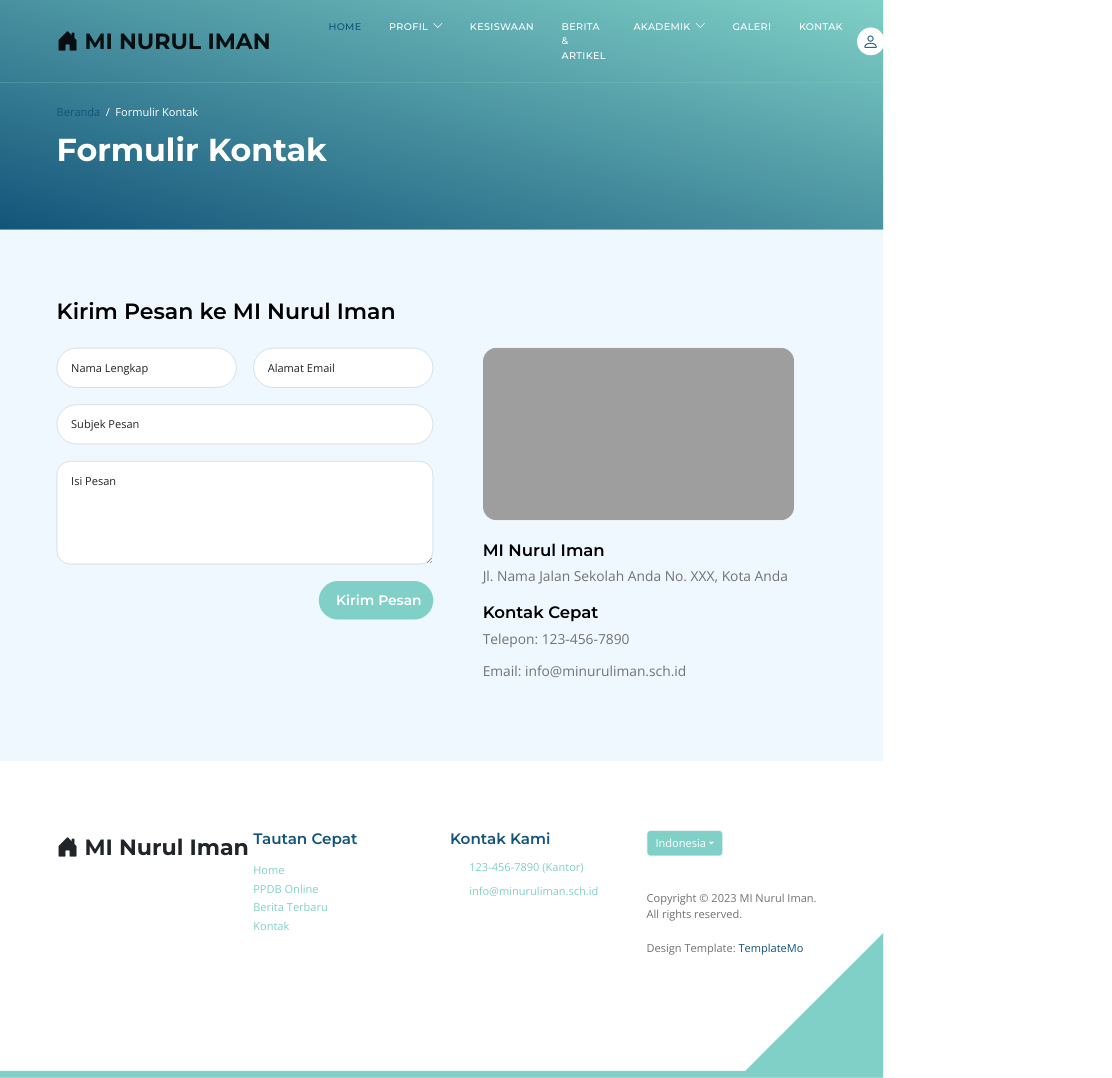
Repository: MKennyChaniago/sekolah-mi-nurul-iman
Page: http://localhost/kontak
These files come from the project's save history. The page is drawn as it stood at one moment and after the next save; the edit follows.
The browser window is 1280 px wide. The page is 1282 px wide, then 1612 px, then 1282 px, so the pictures cover 1612 px, including what lies to the right of the window. The pictures show the whole page, at 69% of full size.
Pictures or frames that could not be fetched are drawn as grey boxes. The page is served by the project's Laravel application, run on PHP 8.4 with Laravel 12.

Above is the page before, as saved 2025-11-24 08:29:08.
Console error: TypeError: Cannot read properties of undefined (reading 'top')

After the next save:
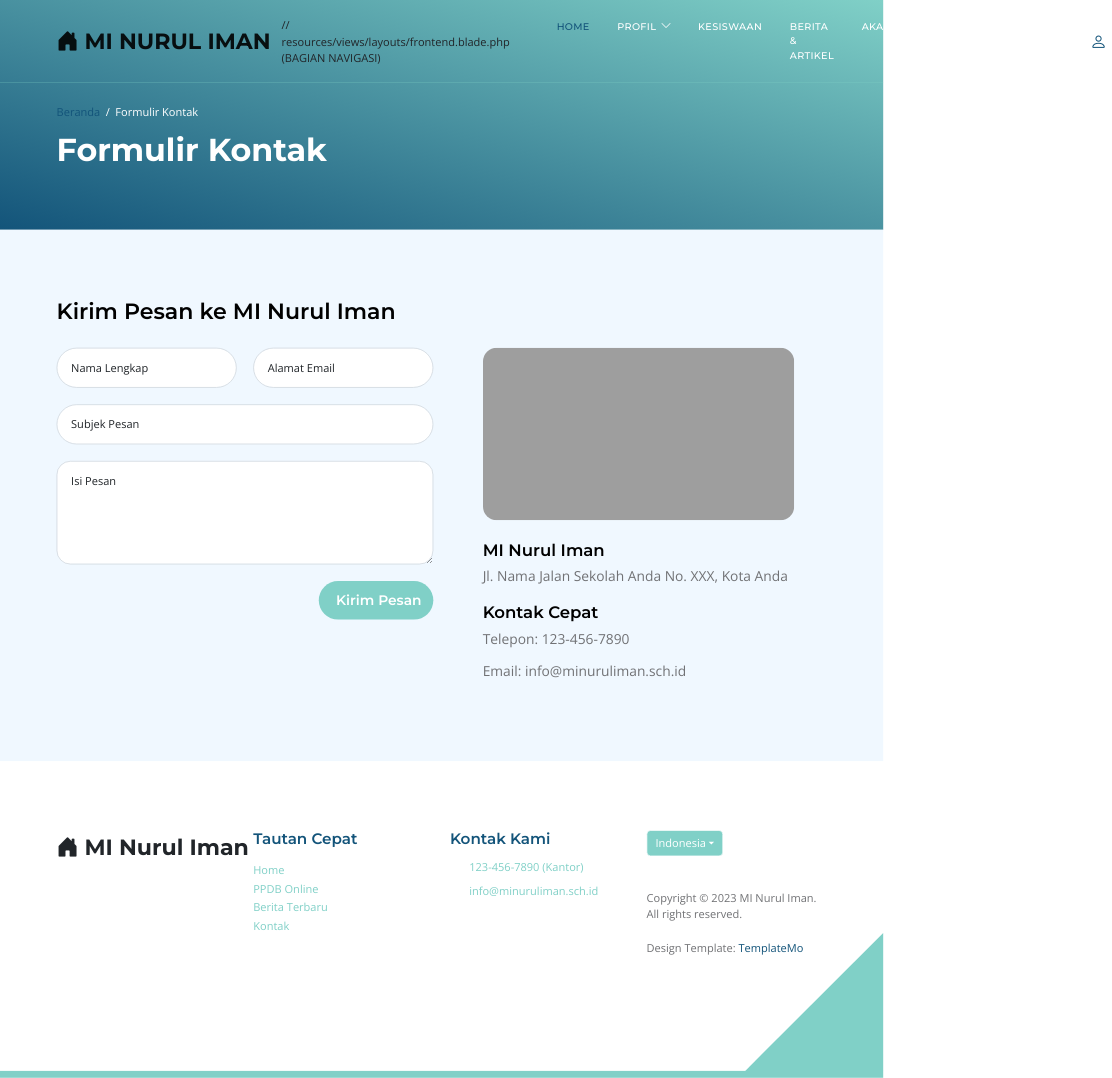
Saved 80 s later.
--- a/resources/views/layouts/frontend.blade.php
+++ b/resources/views/layouts/frontend.blade.php
@@ -40,53 +40,55 @@
                         <span class="navbar-toggler-icon"></span>
                     </button>
 
-                    <div class="collapse navbar-collapse" id="navbarNav">
-                        <ul class="navbar-nav ms-lg-5 me-lg-auto">
+                    // resources/views/layouts/frontend.blade.php (BAGIAN NAVIGASI)
 
-                            <li class="nav-item">
-                                <a class="nav-link click-scroll" href="{{ route('home') }}">HOME</a>
-                            </li>
+<div class="collapse navbar-collapse" id="navbarNav">
+    <ul class="navbar-nav ms-lg-5 me-lg-auto">
 
-                            <li class="nav-item dropdown">
-                                <a class="nav-link dropdown-toggle" href="#" id="profilDropdown" role="button" data-bs-toggle="dropdown" aria-expanded="false">PROFIL</a>
-                                <ul class="dropdown-menu dropdown-menu-light" aria-labelledby="profilDropdown">
-                                    <li><a class="dropdown-item" href="#">Sejarah Madrasah</a></li>
-                                    <li><a class="dropdown-item" href="#">Visi & Misi</a></li>
-                                    <li><a class="dropdown-item" href="#">Struktur Organisasi</a></li>
-                                </ul>
-                            </li>
+        <li class="nav-item">
+            <a class="nav-link click-scroll" href="{{ route('home') }}">HOME</a>
+        </li>
 
-                            <li class="nav-item">
-                                <a class="nav-link click-scroll" href="#">KESISWAAN</a>
-                            </li>
+        <li class="nav-item dropdown">
+            <a class="nav-link dropdown-toggle" href="#" id="profilDropdown" role="button" data-bs-toggle="dropdown" aria-expanded="false">PROFIL</a>
+            <ul class="dropdown-menu dropdown-menu-light" aria-labelledby="profilDropdown">
+                <li><a class="dropdown-item" href="{{ route('profil.sejarah') }}">Sejarah Madrasah</a></li>
+                <li><a class="dropdown-item" href="{{ route('profil.visi_misi') }}">Visi & Misi</a></li>
+                <li><a class="dropdown-item" href="{{ route('profil.struktur') }}">Struktur Organisasi</a></li>
+            </ul>
+        </li>
 
-                            <li class="nav-item">
-                                <a class="nav-link click-scroll" href="#berita-artikel">BERITA & ARTIKEL</a>
-                            </li>
+        <li class="nav-item">
+            <a class="nav-link click-scroll" href="{{ route('kesiswaan') }}">KESISWAAN</a>
+        </li>
 
-                            <li class="nav-item dropdown">
-                                <a class="nav-link dropdown-toggle" href="#" id="akademikDropdown" role="button" data-bs-toggle="dropdown" aria-expanded="false">AKADEMIK</a>
-                                <ul class="dropdown-menu dropdown-menu-light" aria-labelledby="akademikDropdown">
-                                    <li><a class="dropdown-item" href="#">Kurikulum</a></li>
-                                    <li><a class="dropdown-item" href="#">Guru & Staff</a></li>
-                                    <li><a class="dropdown-item" href="#">Produk Hukum</a></li>
-                                </ul>
-                            </li>
+        <li class="nav-item">
+            <a class="nav-link click-scroll" href="{{ route('berita.listing') }}">BERITA & ARTIKEL</a>
+        </li>
 
-                            <li class="nav-item">
-                                <a class="nav-link click-scroll" href="#galeri">GALERI</a>
-                            </li>
+        <li class="nav-item dropdown">
+            <a class="nav-link dropdown-toggle" href="#" id="akademikDropdown" role="button" data-bs-toggle="dropdown" aria-expanded="false">AKADEMIK</a>
+            <ul class="dropdown-menu dropdown-menu-light" aria-labelledby="akademikDropdown">
+                <li><a class="dropdown-item" href="{{ route('akademik.kurikulum') }}">Kurikulum</a></li>
+                <li><a class="dropdown-item" href="{{ route('akademik.guru_staff') }}">Guru & Staff</a></li>
+                <li><a class="dropdown-item" href="{{ route('akademik.produk_hukum') }}">Produk Hukum</a></li>
+            </ul>
+        </li>
 
-                            <li class="nav-item">
-                                <a class="nav-link click-scroll" href="#contact-section">KONTAK</a>
-                            </li>
+        <li class="nav-item">
+            <a class="nav-link click-scroll" href="{{ route('galeri') }}">GALERI</a>
+        </li>
 
-                        </ul>
+        <li class="nav-item">
+            <a class="nav-link click-scroll" href="{{ route('kontak') }}">KONTAK</a>
+        </li>
 
-                        <div class="d-none d-lg-block">
-                            <a href="{{ route('admin.login') }}" class="navbar-icon bi-person smoothscroll" title="Login Admin"></a>
-                        </div>
-                    </div>
+    </ul>
+
+    <div class="d-none d-lg-block">
+        <a href="{{ route('admin.login') }}" class="navbar-icon bi-person smoothscroll" title="Login Admin"></a>
+    </div>
+</div>
                 </div>
             </nav>
             @yield('content')

After the 6 saves that followed:
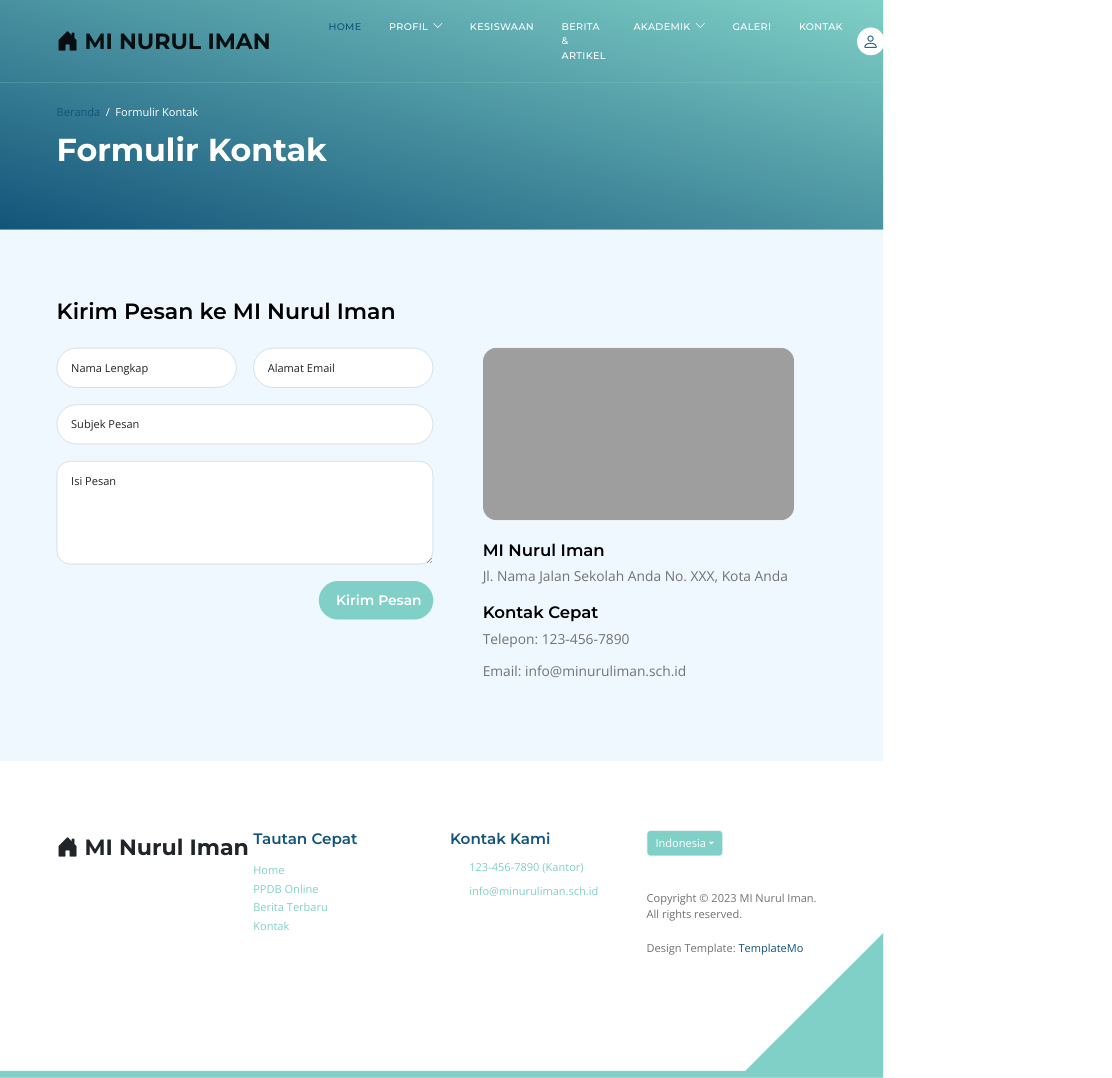
The 6 saves are shown as one change because 2 left the picture as it was and some came seconds apart.
The last was saved 75 s later.
--- a/resources/views/layouts/frontend.blade.php
+++ b/resources/views/layouts/frontend.blade.php
@@ -40,55 +40,53 @@
                         <span class="navbar-toggler-icon"></span>
                     </button>
 
-                    // resources/views/layouts/frontend.blade.php (BAGIAN NAVIGASI)
+                    <div class="collapse navbar-collapse" id="navbarNav">
+                        <ul class="navbar-nav ms-lg-5 me-lg-auto">
 
-<div class="collapse navbar-collapse" id="navbarNav">
-    <ul class="navbar-nav ms-lg-5 me-lg-auto">
+                            <li class="nav-item">
+                                <a class="nav-link click-scroll" href="{{ route('home') }}">HOME</a>
+                            </li>
 
-        <li class="nav-item">
-            <a class="nav-link click-scroll" href="{{ route('home') }}">HOME</a>
-        </li>
+                            <li class="nav-item dropdown">
+                                <a class="nav-link dropdown-toggle" href="#" id="profilDropdown" role="button" data-bs-toggle="dropdown" aria-expanded="false">PROFIL</a>
+                                <ul class="dropdown-menu dropdown-menu-light" aria-labelledby="profilDropdown">
+                                    <li><a class="dropdown-item" href="{{ route('profil.sejarah') }}">Sejarah Madrasah</a></li>
+                                    <li><a class="dropdown-item" href="{{ route('profil.visi_misi') }}">Visi & Misi</a></li>
+                                    <li><a class="dropdown-item" href="{{ route('profil.struktur') }}">Struktur Organisasi</a></li>
+                                </ul>
+                            </li>
 
-        <li class="nav-item dropdown">
-            <a class="nav-link dropdown-toggle" href="#" id="profilDropdown" role="button" data-bs-toggle="dropdown" aria-expanded="false">PROFIL</a>
-            <ul class="dropdown-menu dropdown-menu-light" aria-labelledby="profilDropdown">
-                <li><a class="dropdown-item" href="{{ route('profil.sejarah') }}">Sejarah Madrasah</a></li>
-                <li><a class="dropdown-item" href="{{ route('profil.visi_misi') }}">Visi & Misi</a></li>
-                <li><a class="dropdown-item" href="{{ route('profil.struktur') }}">Struktur Organisasi</a></li>
-            </ul>
-        </li>
+                            <li class="nav-item">
+                                <a class="nav-link click-scroll" href="{{ route('kesiswaan') }}">KESISWAAN</a>
+                            </li>
 
-        <li class="nav-item">
-            <a class="nav-link click-scroll" href="{{ route('kesiswaan') }}">KESISWAAN</a>
-        </li>
+                            <li class="nav-item">
+                                <a class="nav-link click-scroll" href="{{ route('berita.listing') }}">BERITA & ARTIKEL</a>
+                            </li>
 
-        <li class="nav-item">
-            <a class="nav-link click-scroll" href="{{ route('berita.listing') }}">BERITA & ARTIKEL</a>
-        </li>
+                            <li class="nav-item dropdown">
+                                <a class="nav-link dropdown-toggle" href="#" id="akademikDropdown" role="button" data-bs-toggle="dropdown" aria-expanded="false">AKADEMIK</a>
+                                <ul class="dropdown-menu dropdown-menu-light" aria-labelledby="akademikDropdown">
+                                    <li><a class="dropdown-item" href="{{ route('akademik.kurikulum') }}">Kurikulum</a></li>
+                                    <li><a class="dropdown-item" href="{{ route('akademik.guru_staff') }}">Guru & Staff</a></li>
+                                    <li><a class="dropdown-item" href="{{ route('akademik.produk_hukum') }}">Produk Hukum</a></li>
+                                </ul>
+                            </li>
 
-        <li class="nav-item dropdown">
-            <a class="nav-link dropdown-toggle" href="#" id="akademikDropdown" role="button" data-bs-toggle="dropdown" aria-expanded="false">AKADEMIK</a>
-            <ul class="dropdown-menu dropdown-menu-light" aria-labelledby="akademikDropdown">
-                <li><a class="dropdown-item" href="{{ route('akademik.kurikulum') }}">Kurikulum</a></li>
-                <li><a class="dropdown-item" href="{{ route('akademik.guru_staff') }}">Guru & Staff</a></li>
-                <li><a class="dropdown-item" href="{{ route('akademik.produk_hukum') }}">Produk Hukum</a></li>
-            </ul>
-        </li>
+                            <li class="nav-item">
+                                <a class="nav-link click-scroll" href="{{ route('galeri') }}">GALERI</a>
+                            </li>
 
-        <li class="nav-item">
-            <a class="nav-link click-scroll" href="{{ route('galeri') }}">GALERI</a>
-        </li>
+                            <li class="nav-item">
+                                <a class="nav-link click-scroll" href="{{ route('kontak') }}">KONTAK</a>
+                            </li>
 
-        <li class="nav-item">
-            <a class="nav-link click-scroll" href="{{ route('kontak') }}">KONTAK</a>
-        </li>
+                        </ul>
 
-    </ul>
-
-    <div class="d-none d-lg-block">
-        <a href="{{ route('admin.login') }}" class="navbar-icon bi-person smoothscroll" title="Login Admin"></a>
-    </div>
-</div>
+                        <div class="d-none d-lg-block">
+                            <a href="{{ route('admin.login') }}" class="navbar-icon bi-person smoothscroll" title="Login Admin"></a>
+                        </div>
+                    </div>
                 </div>
             </nav>
             @yield('content')
